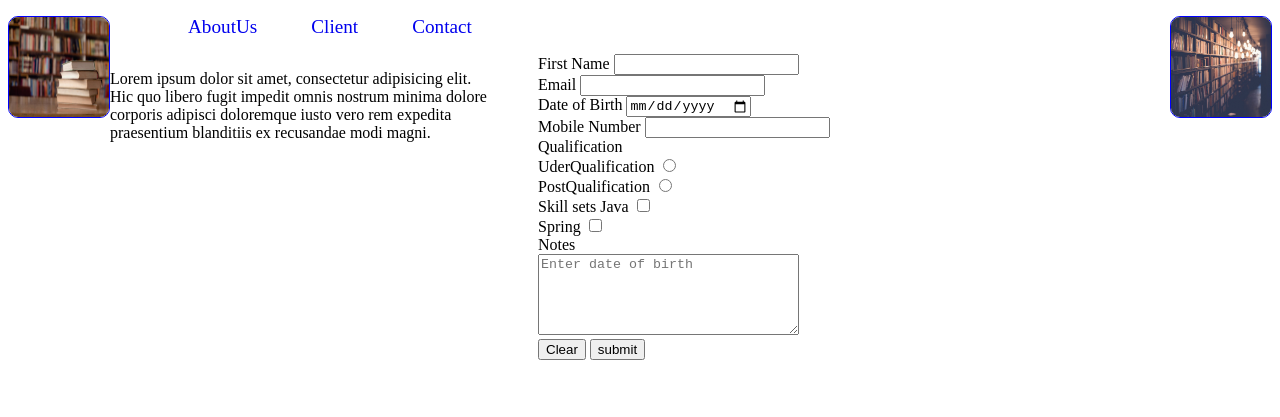
Repository: venkatesakki/JavaDeveloper
Page: html_examples/src/main/webapp/register.html
An editor plug-in stored every save of this project. The page is shown before and after the next save, followed by the edit.
The browser window is 1280 px wide. The pictures show the whole page.

Above is the page before, as saved 2022-06-23 06:45:25.

### html_examples/src/main/webapp/register.html
<!DOCTYPE html>
<html>
<head>
<meta charset="UTF-8">
<title>Register User</title>
<link href="images/jetslogo.png" type="image/png" rel="icon" />
<link href="styles/style.css" type="text/css" rel="stylesheet">

<style type="text/css">
ul>li {
	display: inline;
	margin-left: 50px;
}

a {
	text-decoration: none;
	font-size: 1.2em;
}

.smallImage {
	width: 100px;
	height: 100px;
	border: 1px solid blue;
	border-radius: 10px;
}

.left {
	float: left;
}

.right {
	float: right;
}
</style>
</head>
<body>
	<header style="width:100%;height:20%">
		<img alt="Image of Book" src="images/sample.jpg"
			class="smallImage left"> <img alt="Image of Book"
			src="images/sample1.jpeg" class="smallImage right">
		<nav>
			<ul style="margin-left: 90px">

				<li><a href="aboutus.html">AboutUs</a></li>
				<li><a href="client.html">Client</a></li>
				<li><a href="contact.html">Contact</a></li>

			</ul>
		</nav>
	</header>
	<section style="width: 100%; background-color: grey;display: inline;">

		<article style="width:30%;"class="left">
			<p>Lorem ipsum dolor sit amet, consectetur adipisicing elit. Hic
				quo libero fugit impedit omnis nostrum minima dolore corporis
				adipisci doloremque iusto vero rem expedita praesentium blanditiis
				ex recusandae modi magni.</p>

		</article>
		<article style="width: 50%;"class="right">
			<form action="client.html" method="post">
				<div>
					<label for="firstName">First Name</label> <input type="text"
						name="firstName" id="firstName" required />
				</div>
				<div>
					<label for="email">Email</label> <input type="email" name="email"
						id="email" multiple="multiple" />
				</div>
				<div>
					<label for="birthDate">Date of Birth</label> <input type="date"
						name="birthDate" id="birthDate" />
				</div>
				<div>
					<label for="mobile">Mobile Number</label> <input type="tel"
						name="mobileNumber" id="mobile" pattern="[0-9]{10}" />
				</div>
				<div>
					<label for="">Qualification</label>
				</div>
				<div>
					<label for="ug">UderQualification</label>
					<input type="radio" value="Under Graduate" name="qualidication"
						id="ug" />
				</div>
				<div>
					<label for="pg">PostQualification</label> <input type="radio"
						value="Post Graduate" name="qualidication" id="pg" />
				</div>
				<div>
					<label for="skill">Skill sets</label> <label for="java">Java</label>
					<input type="checkbox" value="java" name="skill" id="java" />
				</div>
				<div>
					<label for="spring">Spring</label> <input type="checkbox"
						value="spring" name="skill" id="spring" />

				</div>
				<div>
					<label for="notes">Notes</label>
			    </div>
			    <div>
					<textarea name="notes" cols="30" rows="5" id="notes"
						placeholder="Enter date of birth"></textarea>
				</div>
				<div>
					<input type="reset" value="Clear" />
					<input type="submit" value="submit" />

				</div>
			</form>
		</article>

		<footer style="width:100%;height:20%"></footer>
	</section>

</body>
</html>

### html_examples/src/main/webapp/styles/style.css
@charset "UTF-8";

h4{

	color:#2e3436;
}

.centerText{
	text-align:center;

}
.ligt{
	color:rgb(255,0,0);
}
.dark{
	color:rgb(0,110,110);
}
.darkest{
	color:rgb(0,0,255);
}
.centerTable{
	text-align:center;
}
table{
	border:1px solid black;
	border-collapse:collapse;
	margin-left:auto;
	margin-right:auto;
/* 	margin-top:auto; */
/* 	margin-bottom:auto; */
/* 	margin-left:15%; margin-right:15% */
}
th,tr,td{
	border:3px solid black;
}
.background{
	background-image:url("../images/Jets_Pizza_Banner_Image.png");
	background-repeat: no-repeat;
	background-size:cover;
}

After the next save:
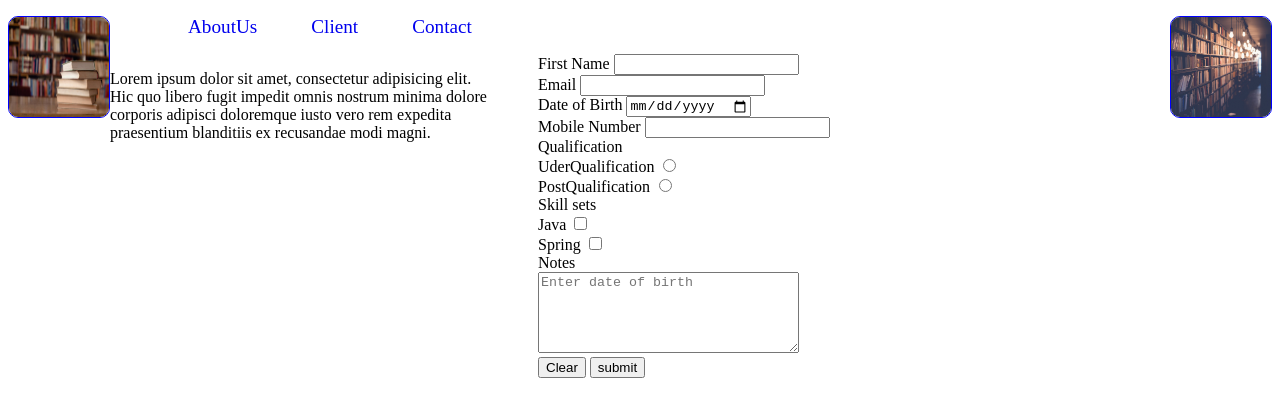
Saved 46 s later.
--- a/html_examples/src/main/webapp/register.html
+++ b/html_examples/src/main/webapp/register.html
@@ -88,7 +88,10 @@ a {
 						value="Post Graduate" name="qualidication" id="pg" />
 				</div>
 				<div>
-					<label for="skill">Skill sets</label> <label for="java">Java</label>
+					<label for="skill">Skill sets</label>
+				</div>
+				<div>
+					<label for="java">Java</label>
 					<input type="checkbox" value="java" name="skill" id="java" />
 				</div>
 				<div>
